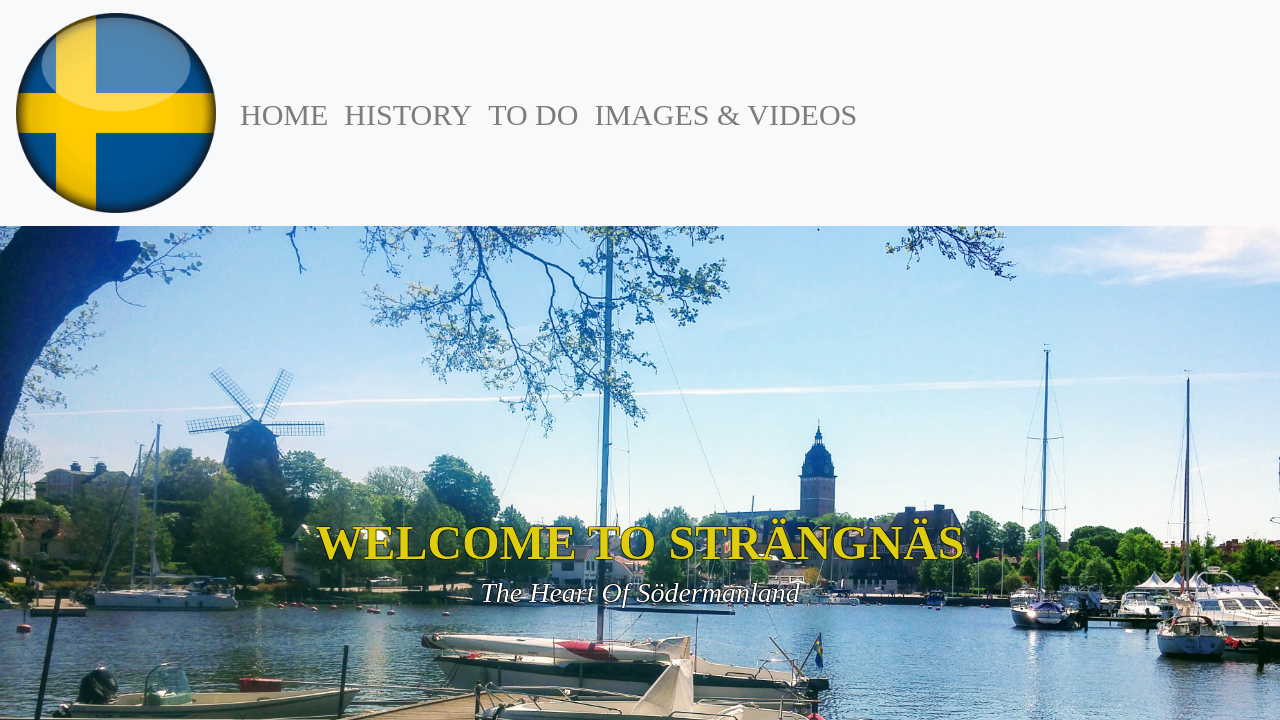
Repository: kososwede/first-project
Page: index.html
The author's editor kept a record of every edit. The page is drawn from the files as they stood at one moment, then again after the next edit.
The browser window is 1280 px wide. The pictures show the whole page.
An inner scrolling area shows only its first screen. Some web fonts or font styles are not loaded; a fallback is used.

Above is the page before.

After the next edit:
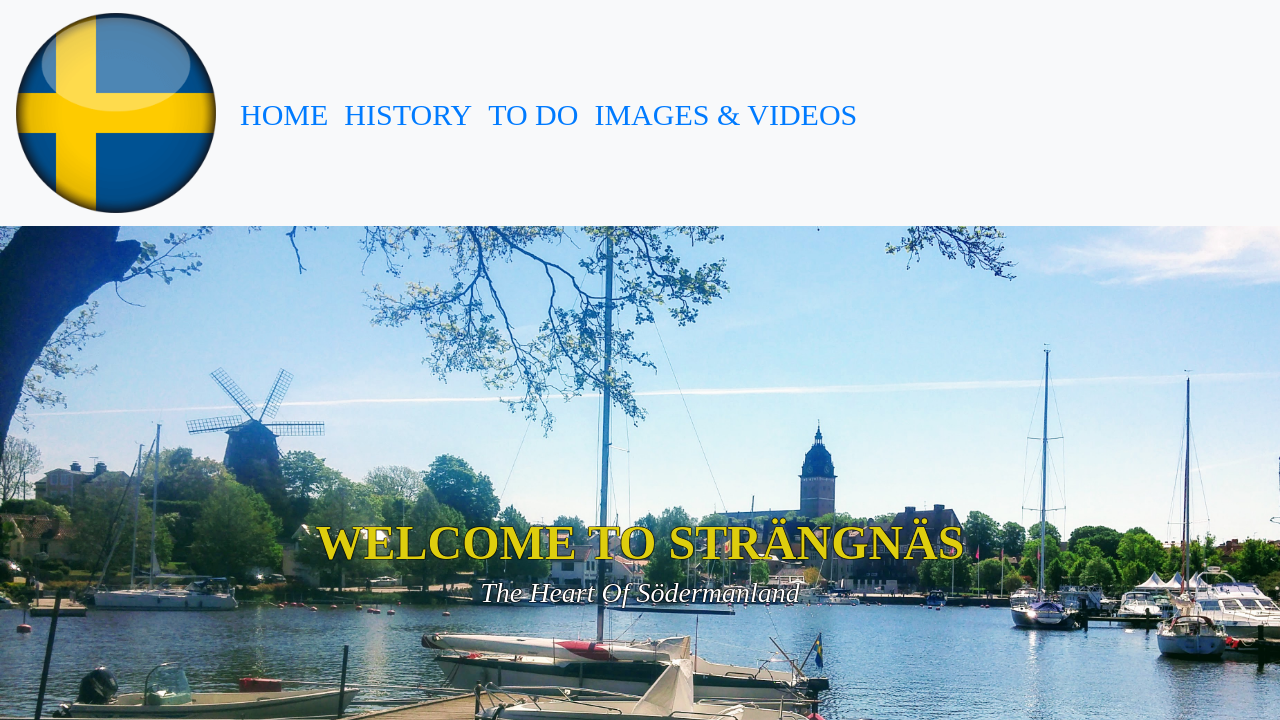
The edit:
--- a/index.html
+++ b/index.html
@@ -25,10 +25,10 @@
   </button>
   <div class="collapse navbar-collapse" id="navbarNavAltMarkup">
     <div class="navbar-nav">
-      <a class="nav-item nav-link" href="index.html">HOME<span class="sr-only">(current)</span></a>
-      <a class="nav-item nav-link" href="history.html">HISTORY</a>
-      <a class="nav-item nav-link" href="places.html">TO DO</a>
-      <a class="nav-item nav-link" href="images+videos.html">IMAGES & VIDEOS</a>
+      <a class="nav-item nav-link text-primary" href="index.html">HOME<span class="sr-only">(current)</span></a>
+      <a class="nav-item nav-link text-primary" href="history.html">HISTORY</a>
+      <a class="nav-item nav-link text-primary" href="places.html">TO DO</a>
+      <a class="nav-item nav-link text-primary" href="images+videos.html">IMAGES & VIDEOS</a>
     </div>
   </div>
 </nav>
